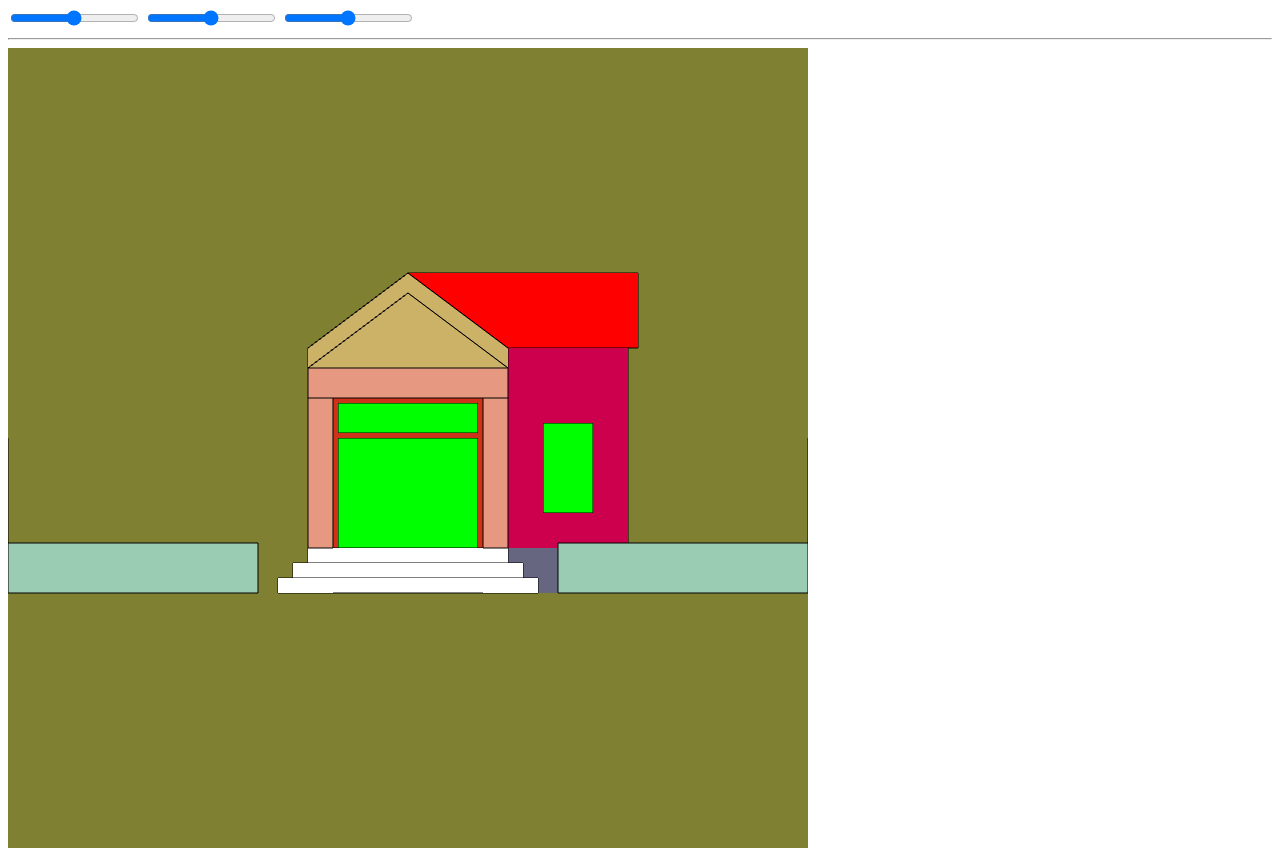
Repository: JoinGame-A36664/Build-House-WebGL
Page: index.html
The author's editor kept a copy of each file at every save. The page is drawn from the files as they stood at one save, then again after the next save.
The browser window is 1280 px wide. The pictures show the whole page.

Above is the page before, as saved 2021-10-24 23:42:11.
Console error: ReferenceError: program is not defined

After the next save:
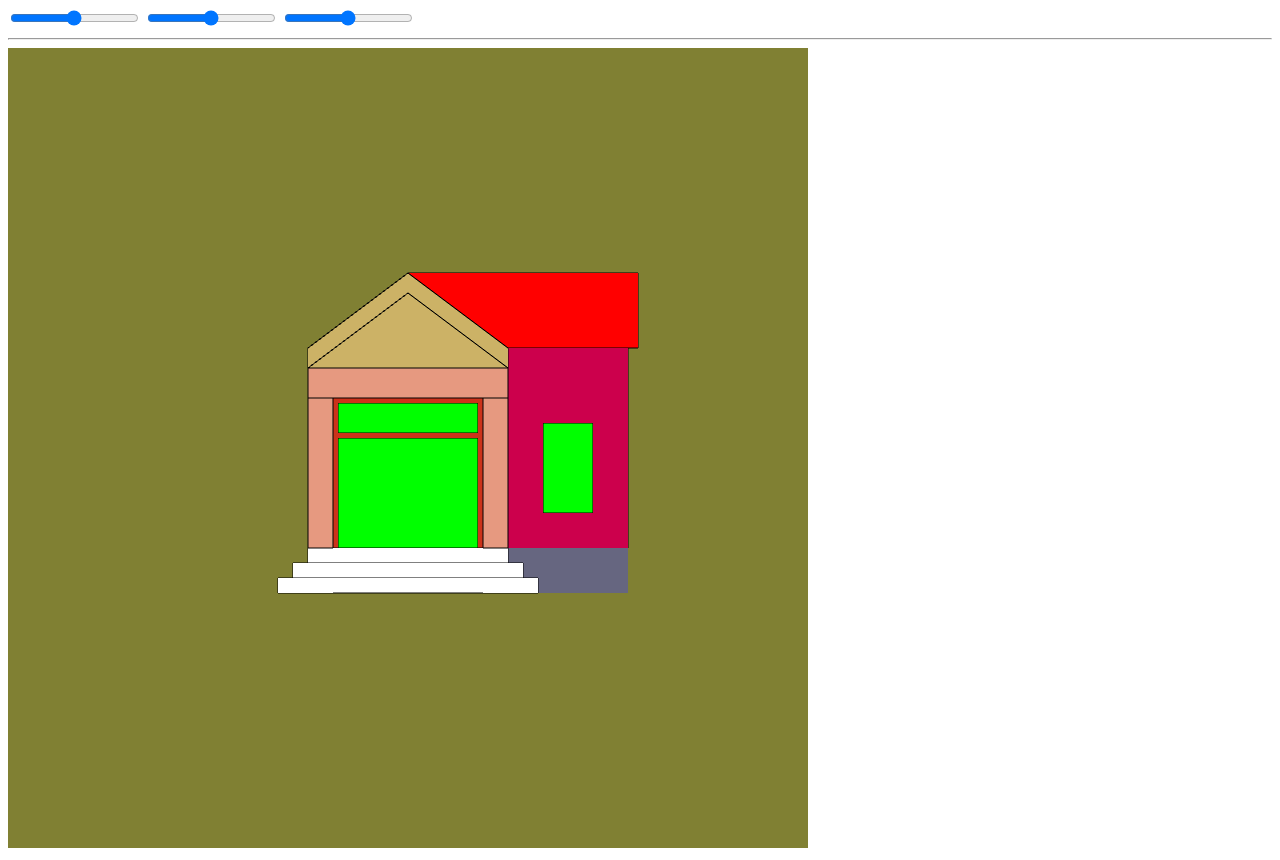
Saved 15 s later.
--- a/Bietthu1.js
+++ b/Bietthu1.js
@@ -266,10 +266,10 @@ function buildHouse(program, vertices, vertexColors) // Truyền vào những g
           // buildrectangular(program, vec3(200, -290, 750), vec3(200, 100, 750), vec3(300, 100, 750), vec3(300, -290, 750), vec3(300, -290, 650), vec3(200, -290, 650), vec3(200, 100, 650), vec3(300, 100, 650), vertexColors[0], vertexColors[11]);
 
 
-          buildrectangular(program, vec3(-300, -290, 750), vec3(-300, -190, 750), vec3(-300, -190, 700), vec3(-300, -290, 700), vec3(-800, -290, 700), vec3(-800, -290, 750), vec3(-800, -190, 750), vec3(-800, -190, 700), vertexColors[0], vertexColors[11]);
-          buildrectangular(program, vec3(300, -290, 750), vec3(300, -190, 750), vec3(300, -190, 700), vec3(300, -290, 700), vec3(800, -290, 700), vec3(800, -290, 750), vec3(800, -190, 750), vec3(800, -190, 700), vertexColors[0], vertexColors[11]);
-          buildrectangular(program, vec3(800, -290, 750), vec3(850, -290, 750), vec3(850, 20, 750), vec3(800, 20, 750), vec3(800, 20, -800), vec3(800, -290, -800), vec3(850, -290, -800), vec3(850, 20, -800), vertexColors[0], vertexColors[11]);
-          buildrectangular(program, vec3(-800, -290, 750), vec3(-850, -290, 750), vec3(-850, 20, 750), vec3(-800, 20, 750), vec3(-800, 20, -800), vec3(-800, -290, -800), vec3(-850, -290, -800), vec3(-850, 20, -800), vertexColors[0], vertexColors[11]);
+          // buildrectangular(program, vec3(-300, -290, 750), vec3(-300, -190, 750), vec3(-300, -190, 700), vec3(-300, -290, 700), vec3(-800, -290, 700), vec3(-800, -290, 750), vec3(-800, -190, 750), vec3(-800, -190, 700), vertexColors[0], vertexColors[11]);
+          // buildrectangular(program, vec3(300, -290, 750), vec3(300, -190, 750), vec3(300, -190, 700), vec3(300, -290, 700), vec3(800, -290, 700), vec3(800, -290, 750), vec3(800, -190, 750), vec3(800, -190, 700), vertexColors[0], vertexColors[11]);
+          // buildrectangular(program, vec3(800, -290, 750), vec3(850, -290, 750), vec3(850, 20, 750), vec3(800, 20, 750), vec3(800, 20, -800), vec3(800, -290, -800), vec3(850, -290, -800), vec3(850, 20, -800), vertexColors[0], vertexColors[11]);
+          // buildrectangular(program, vec3(-800, -290, 750), vec3(-850, -290, 750), vec3(-850, 20, 750), vec3(-800, 20, 750), vec3(-800, 20, -800), vec3(-800, -290, -800), vec3(-850, -290, -800), vec3(-850, 20, -800), vertexColors[0], vertexColors[11]);
 
 
 
